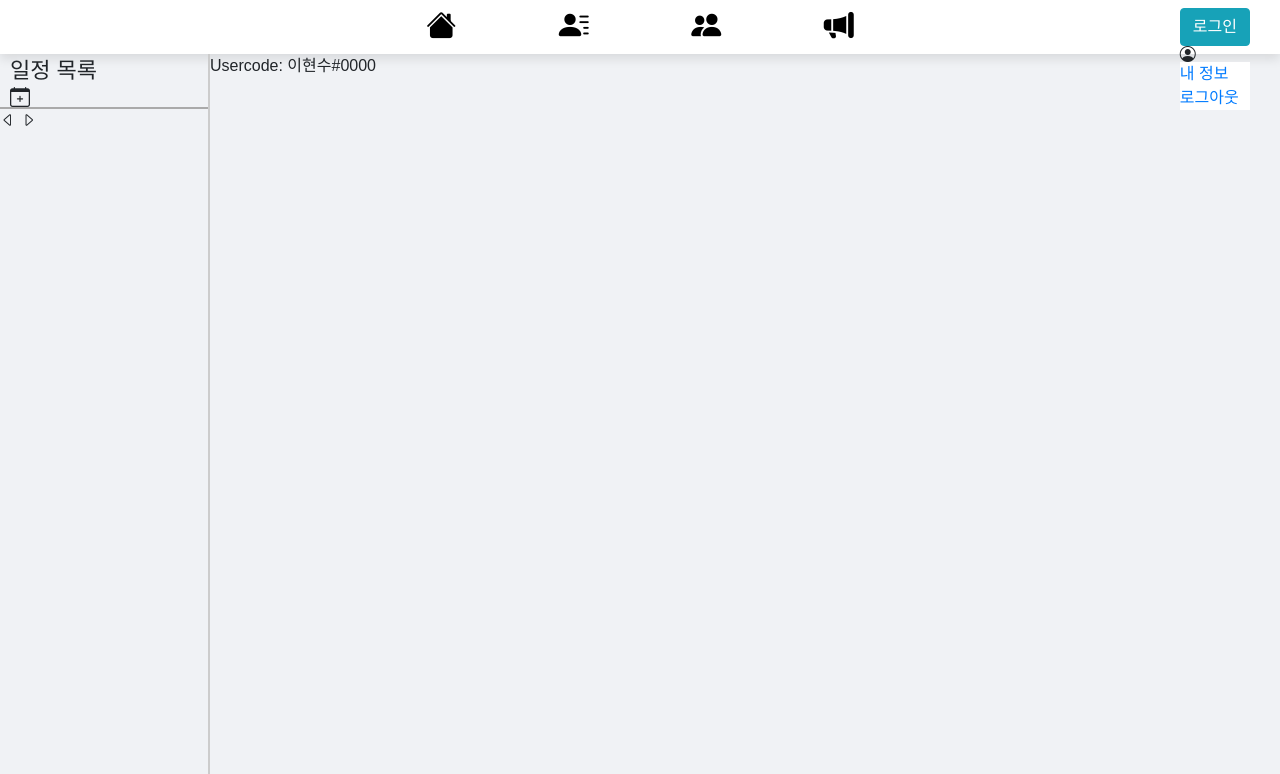
Repository: Hyeon330/Full_stack-code
Page: http://localhost/miniProject/
An editor plug-in stored every save of this project. The page is shown before and after the next save, followed by the edit.
The browser window is 1280 px wide. The pictures show the whole page.
Some web fonts or font styles are not loaded; a fallback is used. The page is served by Tomcat 9. Other server files are loaded and not shown.

Above is the page before, as saved 2022-03-20 09:08:49.

### 주요과제/Spring/miniProject/src/main/webapp/WEB-INF/views/home.jsp
<%@ page language="java" contentType="text/html; charset=utf-8" pageEncoding="utf-8"%>
<style>
#sidebar{
	height: 100%;
	width: 210px;
	border-right: 2px solid #ccc;
	overflow: hidden;
}
#sideTitle{
	padding: 0 10px;
	border-bottom: 2px solid #aaa;
}
#sideTitle > span:first-child {
	font-size: 22px;
}
#sideTitle > span:last-child {
	cursor: pointer;
	font-size: 20px;
}
</style>
<script type="text/javascript">
$(function(){
	// 다이얼로그 오픈
    $('#dialogOpen').click(function() {
        $('#dialog').dialog('open');
    });

    // 다이얼로그값 전체 리셋 함수
    const dialogReset = () => {
        $("#event-title").val('');
        $("#start-date").val('');
        $("#end-date").val('');
        $('#repet').each(function() {
            $(this).find('option:first').attr('selected',true);
        });
        $('#public').prop('checked', false);
        $('#event-color').val('#3788D8');
        $("#place").val('');
        $("#memo").val('');
    };

    // 다이얼로그 세팅
    $('#dialog').dialog({
        autoOpen: false, // 실행시 자동열림
        modal: true,
        buttons: {
            등록: function(){
                // ajax 처리
                dialogReset();
                $("#dialog").dialog('close');
            },
            초기화: dialogReset,
            취소: function(){
                dialogReset();
                $("#dialog").dialog('close');
            }
        }
    });

    // DatePicker 세팅
    $('#start-date, #end-date').datepicker({
        dateFormat: 'yy-mm-dd',
        monthNames: ['1월', '2월', '3월', '4월', '5월', '6월', '7월', '8월', '9월', '10월', '11월', '12월'],
        monthNamesShort: ['1월', '2월', '3월', '4월', '5월', '6월', '7월', '8월', '9월', '10월', '11월', '12월'],
        dayNames: ['일', '월', '화', '수', '목', '금', '토'],
        dayNamesMin: ['일', '월', '화', '수', '목', '금', '토'],
        showMonthAfterYear: true,
        yearSuffix: '년'
    });
});
</script>
<div id="sidebar">
    <div id="sideTitle">
        <span>일정 목록</span>
        <span>
        <div id="dialogOpen"><i class="bi bi-calendar-plus"></i></div>
        </span>
    </div>
    <div id="sideMonth">
        <i class="bi bi-caret-left" onclick="prevMonth()"></i>
        <span></span>
        <i class="bi bi-caret-right" onclick="nextMonth()"></i>
    </div>
    <div id="sideMain">
        <div id="listbox">
        </div>
    </div>
</div>
<!-- 다이얼로그 창 -->
<div id="dialog" title="일정 등록">
    <ul>
        <li><input type="text" id="event-title" name="event-title"  placeholder="제목"></li>
        <li><input type="text" id="start-date" name="start-date" placeholder="시작날짜(년-월-일)"></li>
        <li><input type="text" id="end-date" name="end-date" placeholder="종료날짜(년-월-일)"></li>
        <li>
            <select name="repet" id="repet">
                <option value="N">반복안함</option>
                <option value="D">매일반복</option>
                <option value="W">매주반복</option>
                <option value="M">매달반복</option>
                <option value="Y">매년반복</option>
            </select>
        </li>
        <li><label for="public">Public</label><input type="checkbox" id="public" name="public"></li>
        <li><label for="event-color">이벤트 색상</label><input type="color" id="event-color" name="event-color" value="#3788D8"></li>
        <li><input type="text" id="place" name="place" placeholder="장소"></li>
        <li><input type="text" id="memo" name="memo" placeholder="메모"></li>
    </ul>
</div>

### 주요과제/Spring/miniProject/src/main/webapp/inc/top.jspf
<%@ page language="java" contentType="text/html; charset=utf-8" pageEncoding="utf-8"%>
<%@ taglib uri="http://java.sun.com/jsp/jstl/core" prefix="c" %>
<c:set var="url" value="<%=request.getContextPath() %>"/>
<html>
<head>
<meta charset="UTF-8">
<title>Insert title here</title>
	<!-- 부트스트랩4, 부트스트랩 icon CSS -->
	<link rel="stylesheet" href="https://cdn.jsdelivr.net/npm/bootstrap-icons@1.8.1/font/bootstrap-icons.css">
    <link rel="stylesheet" href="https://cdn.jsdelivr.net/npm/bootstrap@4.6.1/dist/css/bootstrap.min.css" integrity="sha384-zCbKRCUGaJDkqS1kPbPd7TveP5iyJE0EjAuZQTgFLD2ylzuqKfdKlfG/eSrtxUkn" crossorigin="anonymous">

    <!-- jquery, 플러그인 CDN -->
    <link rel="stylesheet" href="${url}/jquery-ui/jquery-ui.min.css">
    <script src="https://ajax.googleapis.com/ajax/libs/jquery/3.6.0/jquery.min.js"></script>
    <script src="${url}/jquery-ui/jquery-ui.min.js"></script>

    <!-- 부트스트랩4 JS -->
    <script src="https://cdn.jsdelivr.net/npm/bootstrap@4.6.1/dist/js/bootstrap.bundle.min.js" integrity="sha384-fQybjgWLrvvRgtW6bFlB7jaZrFsaBXjsOMm/tB9LTS58ONXgqbR9W8oWht/amnpF" crossorigin="anonymous"></script>

    <!-- 풀캘린더 API -->
	<link href='${url}/fullcalendar/main.css' rel='stylesheet' />
    <script src='${url}/fullcalendar/main.js'></script>

    <link rel="stylesheet" href="${url}/css/base.css" type="text/css">
    <link rel="stylesheet" href="${url}/css/header.css" type="text/css">

</head>
<body>
<div id="header">
	<div id="icons">
	    <a href="index.html" class="disableLink"><i class="bi bi-house-fill" title="Home"></i></a>
	    <a href="friends.html"><i class="bi bi-person-lines-fill" title="Friends"></i></a>
	    <a href="#"><i class="bi bi-people-fill" title="Group"></i></a>
	    <a href="#"><i class="bi bi-megaphone-fill" title="Announcement"></i></a>
	</div>
    <div id="info">
        <a id="login-btn" href="${url}/login" type="button" class="btn btn-info">로그인</a>
        <div>
            <div id="userinfo">
                <i class="bi bi-person-circle"></i>
            </div>
        </div>
        <div id="info_menu">
            <ul>
                <a href="#"><li>내 정보</li></a>
                <a href="#"><li>로그아웃</li></a>
            </ul>
        </div>
    </div>
</div>
<div id="main">

### 주요과제/Spring/miniProject/src/main/webapp/inc/main.jspf
<%@ page language="java" contentType="text/html; charset=utf-8" pageEncoding="utf-8"%>
<%@ taglib uri="http://java.sun.com/jsp/jstl/core" prefix="c" %>
<div id="contentsBack">
	<div id=contents>
		<div id='usercode'>Usercode: 이현수#0000</div>
		<div id='calendar'></div>
		<!-- <script src="js/myCalendar.js"></script> -->
	</div>
</div>
</div>
</body>
</html>

### 주요과제/Spring/miniProject/src/main/webapp/css/base.css
@charset "UTF-8";
@import url('https://fonts.googleapis.com/css2?family=Do+Hyeon&display=swap');
body, div, p, ul, li {
	margin: 0;
	padding: 0;
}
ul, li{
	list-style-type: none;
}
ul {
	background: #fff;
}
body {
	background-color: #f0f2f5;
	font-family: 'Do Hyeon', sans-serif;
}
#main > div{
	float: left;
}

### 주요과제/Spring/miniProject/src/main/webapp/css/header.css
@charset "UTF-8";
#header {
	background-color: #fff;
	height: 54px;
	box-shadow: 0px 5px 10px rgba(0,0,0,0.1);
}
#icons{
	display: flex;
	justify-content: space-around;
	width: 530px;
	height: 54px;
	margin: 0 auto;
}
#icons > *{
	font-size: 30px;
	margin-top: 10px;
}
#icons a, #icons a:link, #icons a:visited{
	color: black;
}
#icons a:hover{
	color: #888;
	text-decoration: none;
}
#info {
	position: absolute;
	top: 8px;
	right: 30px;
}

Loaded but not shown: 주요과제/Spring/miniProject/src/main/webapp/jquery-ui/jquery-ui.min.css (library); 주요과제/Spring/miniProject/src/main/webapp/jquery-ui/jquery-ui.min.js (library); 주요과제/Spring/miniProject/src/main/webapp/fullcalendar/main.js (library); 주요과제/Spring/miniProject/src/main/webapp/fullcalendar/main.css (1494 lines, source omitted)

After the next save:
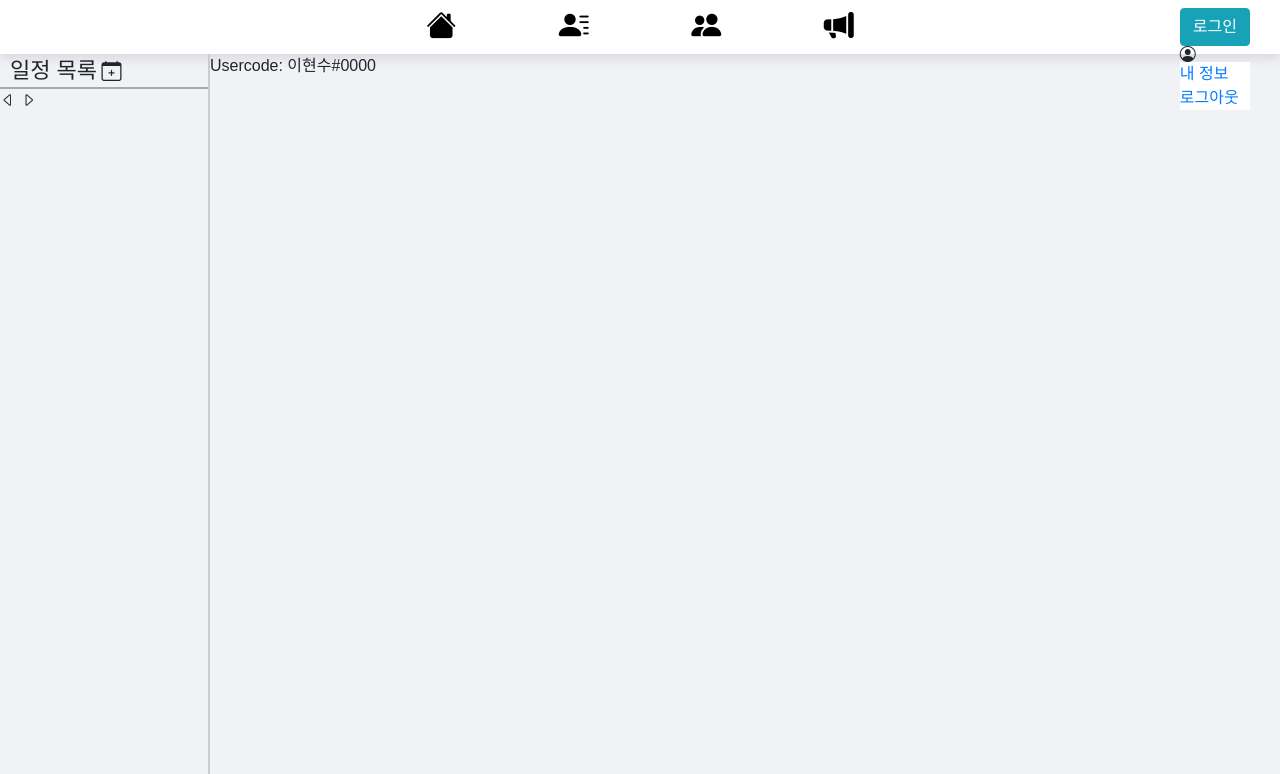
Saved 24 s later.
--- a/주요과제/Spring/miniProject/src/main/webapp/WEB-INF/views/home.jsp
+++ b/주요과제/Spring/miniProject/src/main/webapp/WEB-INF/views/home.jsp
@@ -73,7 +73,7 @@ $(function(){
     <div id="sideTitle">
         <span>일정 목록</span>
         <span>
-        <div id="dialogOpen"><i class="bi bi-calendar-plus"></i></div>
+        <i class="bi bi-calendar-plus"></i>
         </span>
     </div>
     <div id="sideMonth">
